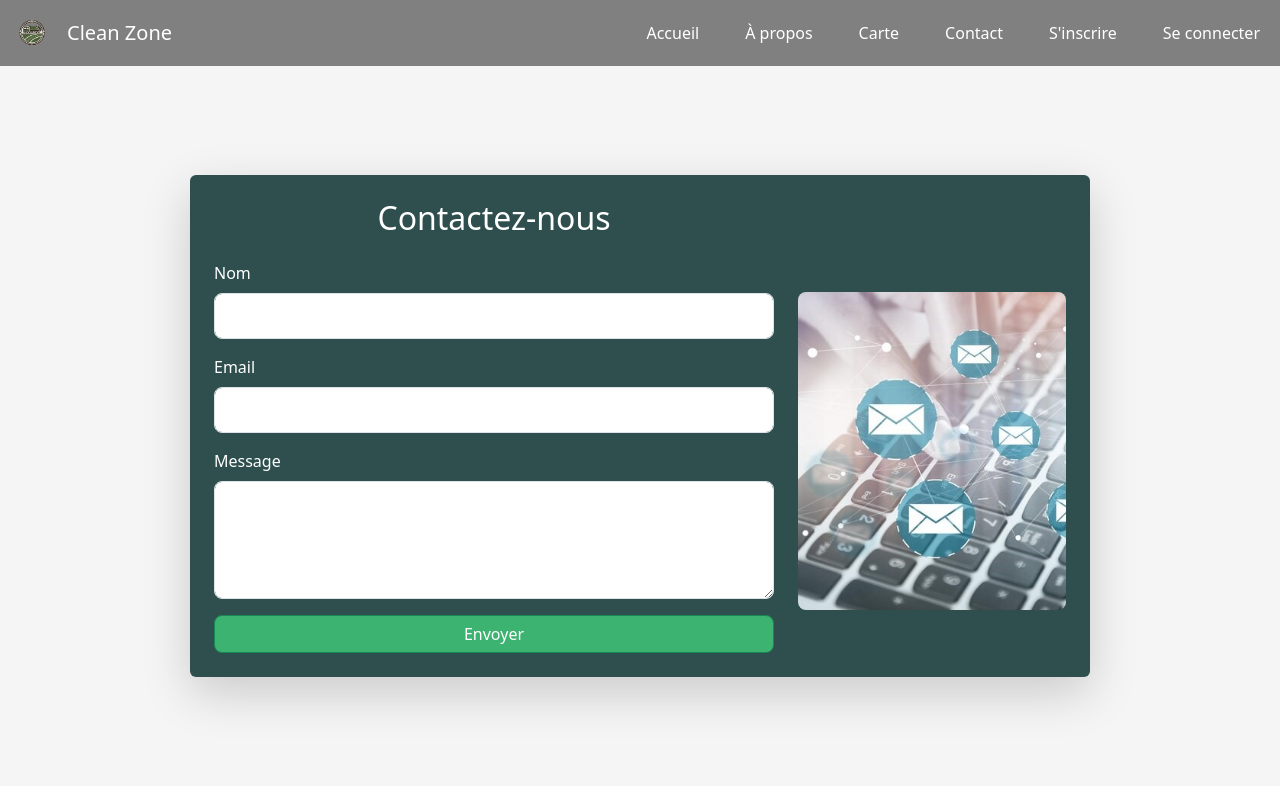
Repository: SystemInfoGeo/QGISproject
Page: /contact (app in NEXT/)
The author's editor kept a copy of each file at every save. The page is drawn from the files as they stood at one save, then again after the next save.
The browser window is 1280 px wide. The pictures show the whole page.
The project was rebuilt for these pictures with package versions that can differ from the ones it lists, and the page was loaded fresh each time. The framework's server and built-in components were replaced by stand-ins that run in the browser. Also part of the build but not shown: NEXT/next.config.mjs.

Above is the page before, as saved 2024-09-16 19:06:31.

After the next save:
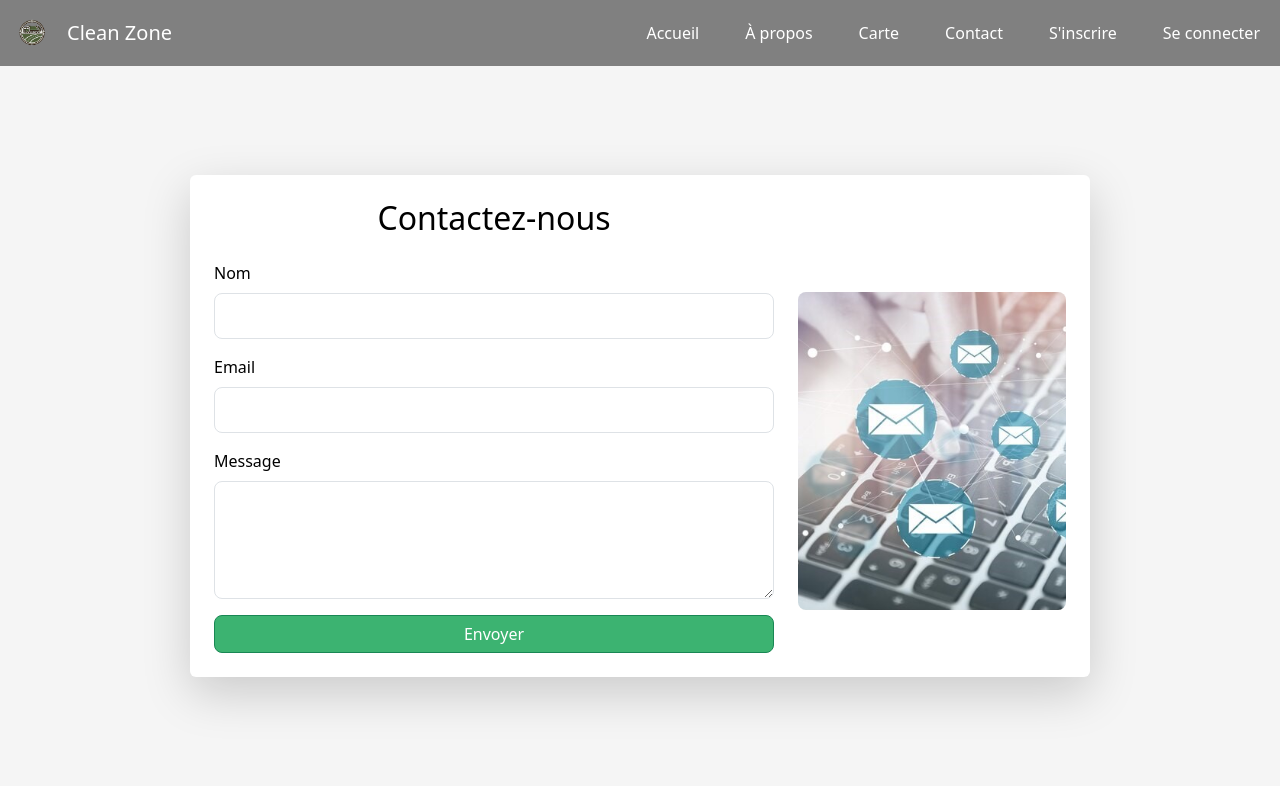
Saved 110 s later.
--- a/NEXT/styles/Contact.css
+++ b/NEXT/styles/Contact.css
@@ -4,11 +4,13 @@
   }
 
   .contact-form {
-    background-color: #2f4f4f;
-    color: white;
+    background-color: #ffffff; /* Blanc */
+    color: #000000; /* Texte noir pour une bonne lisibilité sur fond blanc */
     max-width: 900px;
     width: 100%;
     margin: auto;
+    padding: 20px; /* Ajoutez du padding si nécessaire */
+    border-radius: 8px; /* Facultatif, pour garder les bords arrondis */
   }
 
   .contact-form .form-control {
